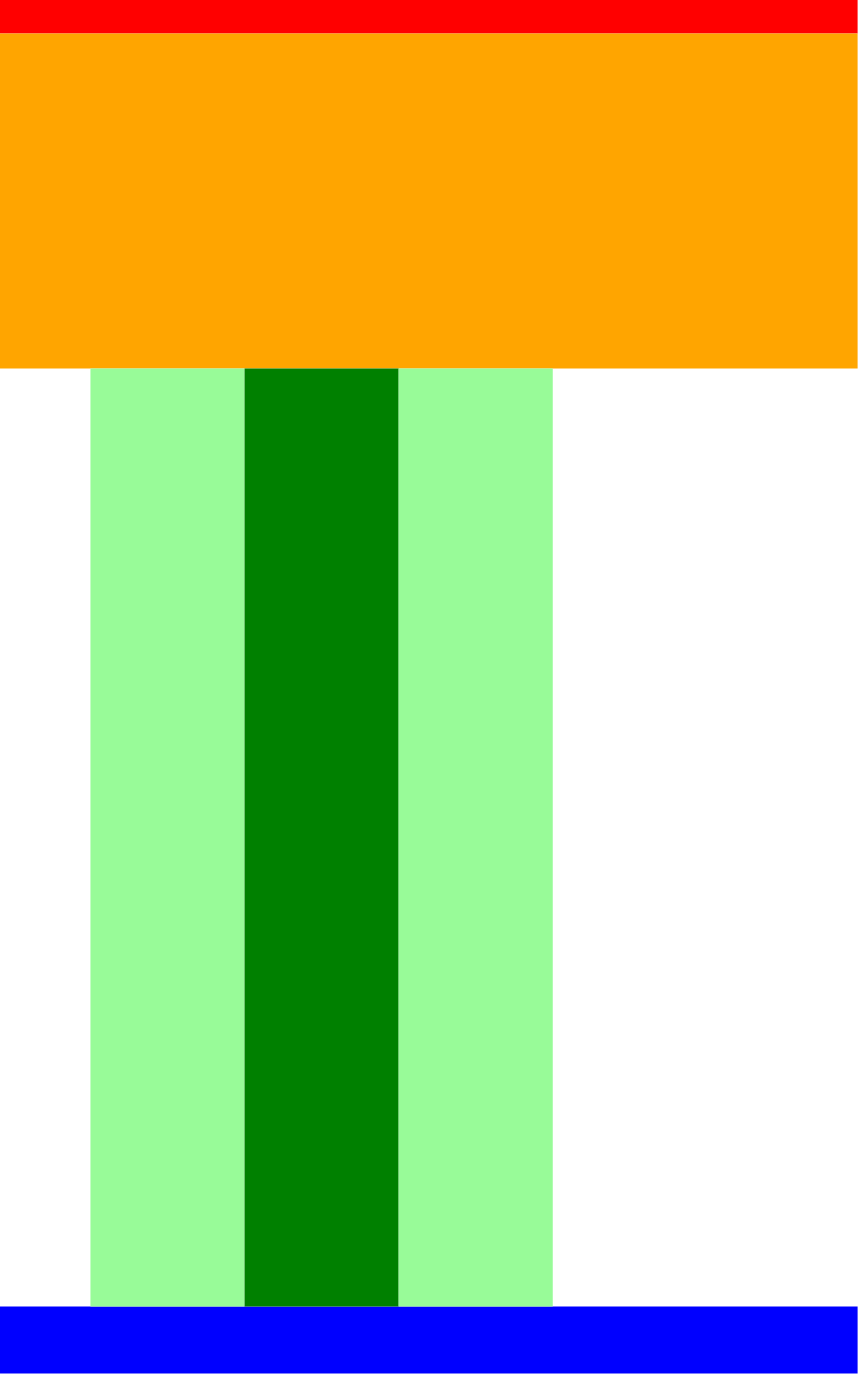
Repository: kawasemi70/1-3
Page: 1-4/1-4.html
The author's editor kept a record of every edit. The page is drawn from the files as they stood at one moment, then again after the next edit.
The browser window is 1280 px wide. The pictures show the whole page, at 67% of full size.

Above is the page before.

### 1-4/1-4.html
<!DOCTYPE html>
<html lang="ja">
  <head>
    <meta charset="utf-8"/>
    <link rel="stylesheet" href="1-4.css"/>
    <title>1-4</title>
  </head>

  <body>
    <div class="header"></div>

    <div class="main-visual"></div>

    <div class="main">

      <div class="sidebar-right"></div>

      <div class="blog"></div>

      <div class="sidebar-left"></div>
    </div>

    <div class="footer"></div>

  </body>

</html>

### 1-4/1-4.css
* {
  margin: 0;
  padding: 0;
  box-sizing: border-box;
}

.header {
  width: 100%;
  height: 50px;
  background-color: red;
}

.main-visual {
  width: 100%;
  height: 500px;
  background-color: orange;
}

.main {
  width: 960px;
  display: flex;
  justify-content: center;
  margin: 0;
}
.sidebar-right {
  width:230px;
  height:1400px;
  background-color:palegreen;
}
.blog {
  width: 230px;
  height: 1400px;
  background-color:green;
}
.sidebar-left {
  width:230px;
  height: 1400px;
  background-color:palegreen;

}

.footer {
  width: 100%;
  height: 100px;
  background-color:blue;
}

After the next edit:
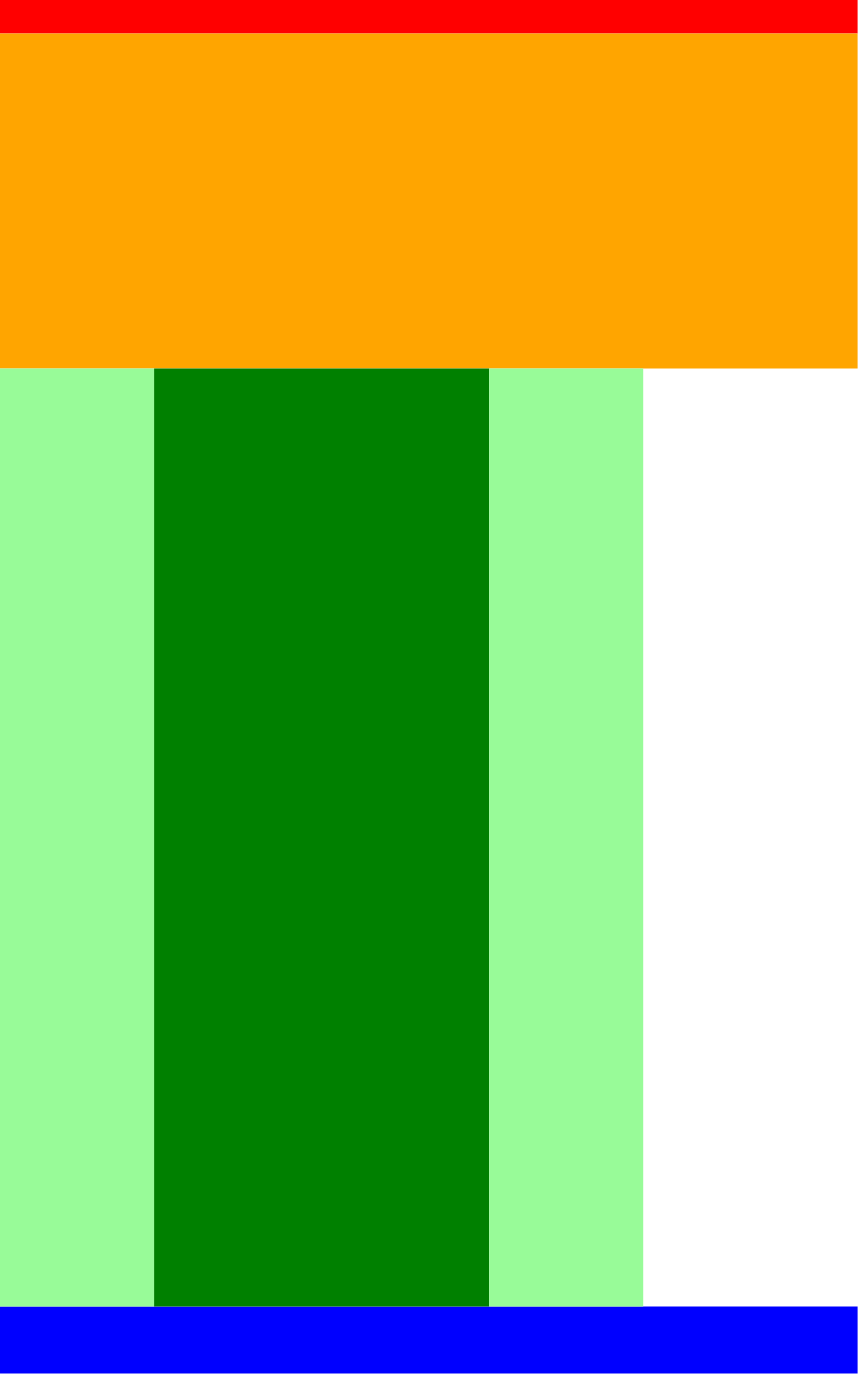
The edit:
--- a/1-4/1-4.css
+++ b/1-4/1-4.css
@@ -28,7 +28,7 @@
   background-color:palegreen;
 }
 .blog {
-  width: 230px;
+  width: 500px;
   height: 1400px;
   background-color:green;
 }
